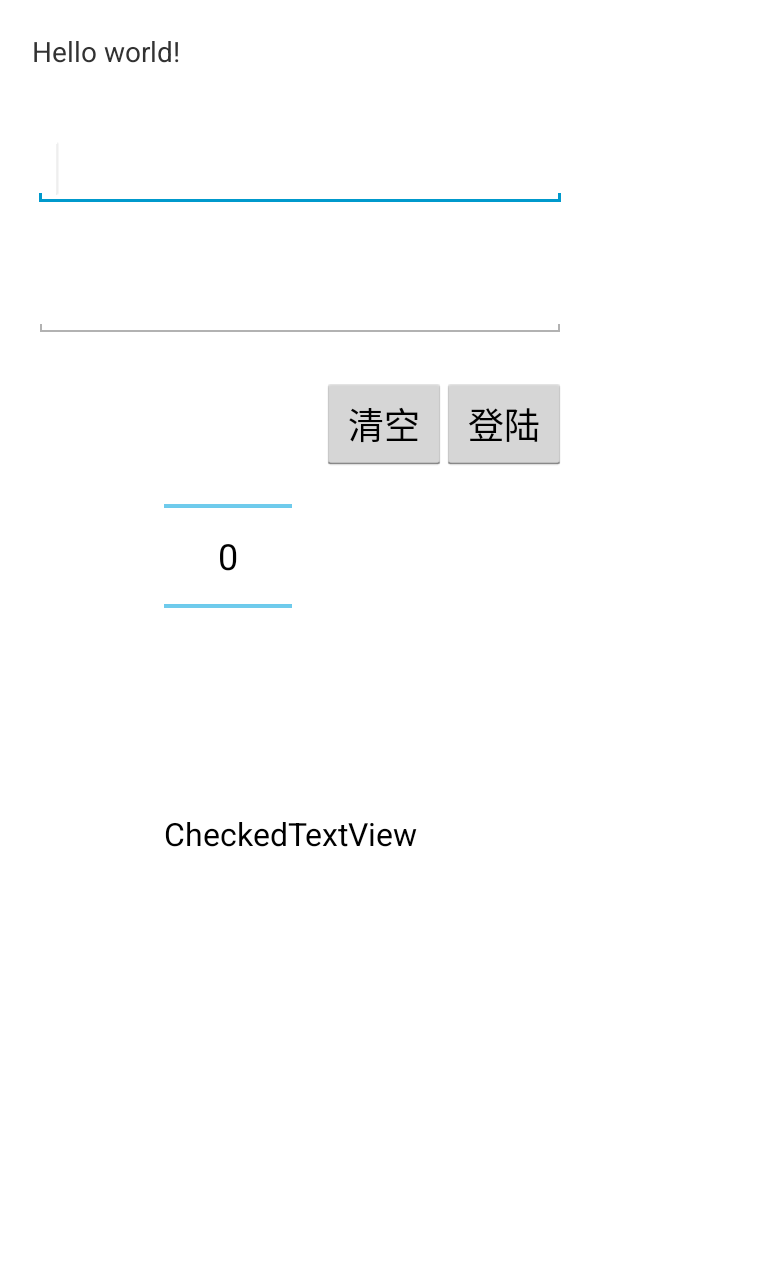
Repository: moetmd/learning-Android
Layout: MyApp/res/layout/activity_main.xml
These files come from the project's save history. The layout is drawn as it stood at one moment and after the next save; the edit follows.
It is drawn on a 768 x 1280 px phone screen (xhdpi) without system bars, with theme AppTheme; the app's code is not run. The app's manifest (not shown) leaves right-to-left support off. So textAlignment, textDirection and layoutDirection are ignored, and left and right values win over start and end ones.

Above is the layout before, as saved 2014-11-17 13:49:08.

After the next save:
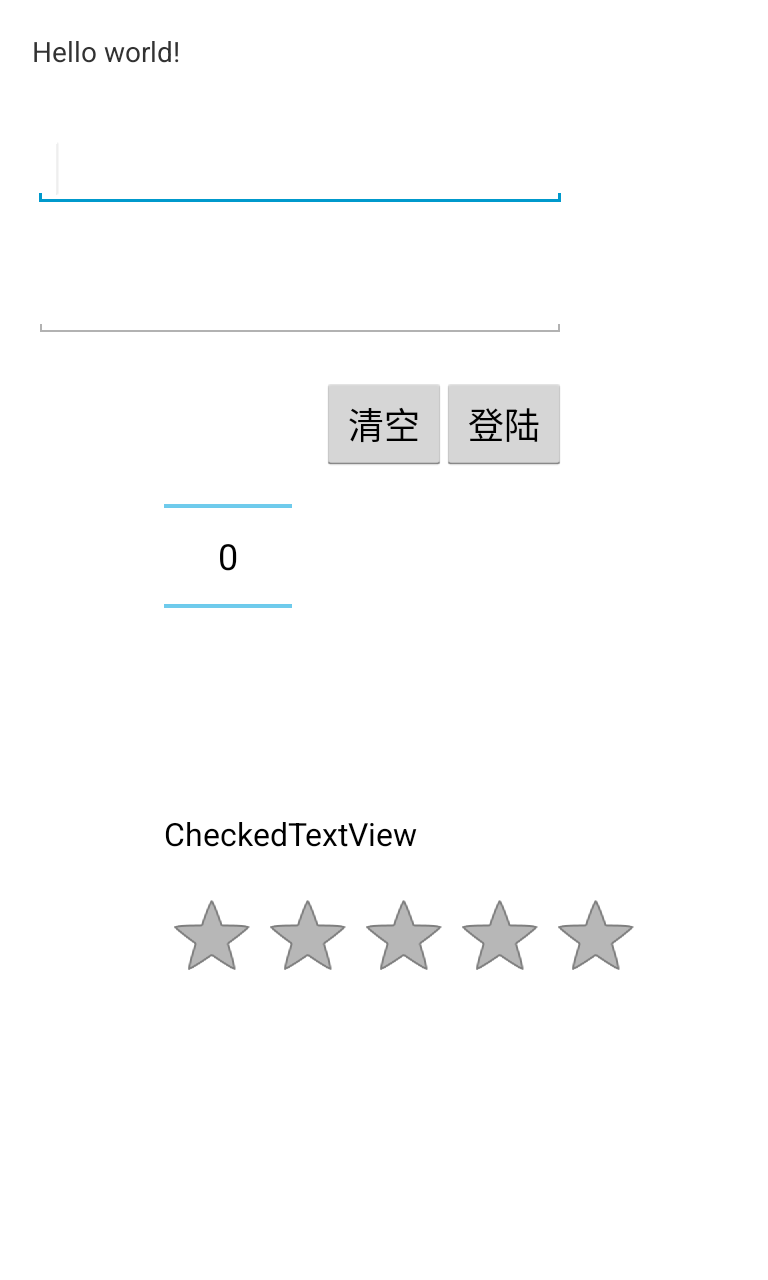
Saved 2 min 41 s later.
--- a/MyApp/res/layout/activity_main.xml
+++ b/MyApp/res/layout/activity_main.xml
@@ -79,4 +79,12 @@
         android:layout_marginTop="38dp"
         android:text="CheckedTextView" />
 
+    <RatingBar
+        android:id="@+id/ratingBar1"
+        android:layout_width="wrap_content"
+        android:layout_height="wrap_content"
+        android:layout_alignLeft="@+id/cTextView1"
+        android:layout_below="@+id/cTextView1"
+        android:layout_marginTop="16dp" />
+
 </RelativeLayout>
